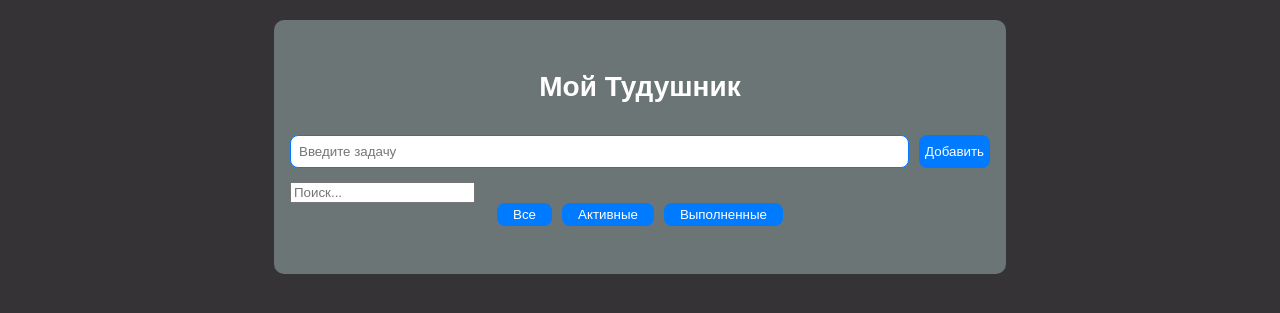
Repository: AlekCawka/-todo-project
Page: /
These files come from the project's save history. The page is drawn as it stood at one moment and after the next save; the edit follows.
The browser window is 1280 px wide. The pictures show the whole page.
The project was rebuilt for these pictures with package versions that can differ from the ones it lists, and the page was loaded fresh each time. Also part of the build but not shown: vite.config.js.

Above is the page before, as saved 2025-08-06 23:07:22.

After the next save:
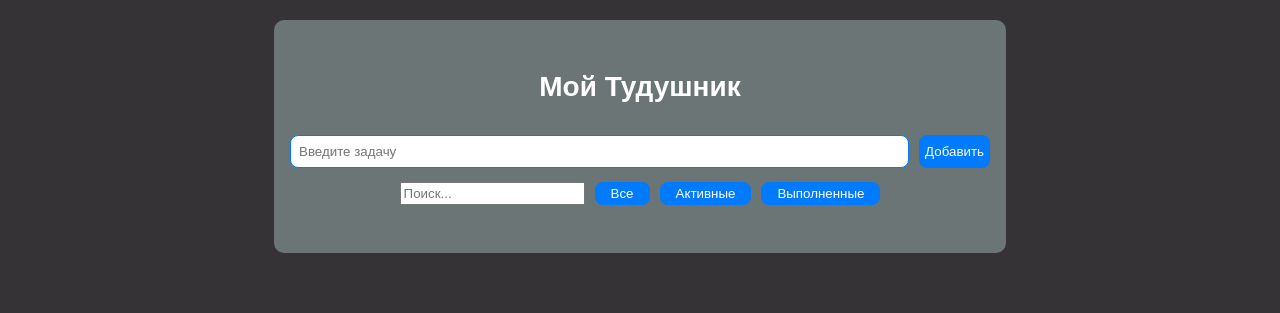
Saved 8 s later.
--- a/src/App.css
+++ b/src/App.css
@@ -32,10 +32,11 @@ body {
     border-radius: 8px;
     border: 1px solid #007bff;
 }
-d
 
 .searchAndFilter {
-
+    display: flex;
+    justify-content: center;
+    gap: 10px;
 }
 
 .searchQuery {
